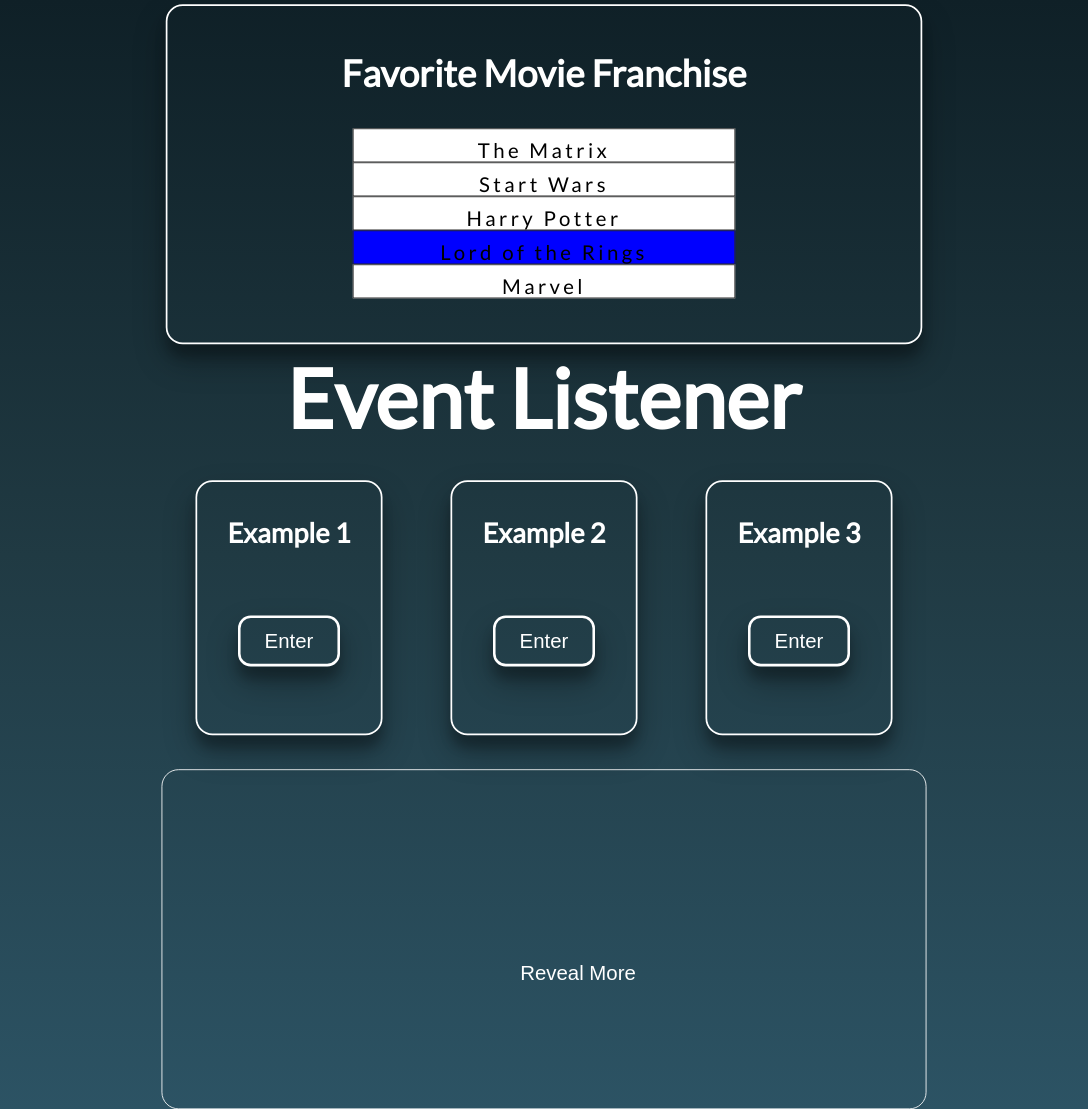
Repository: Ellisvelandia/DOM-Manipulation
Page: index.html
An editor plug-in stored every save of this project. The page is shown before and after the next save, followed by the edit.
The browser window is 1280 px wide. The pictures show the whole page, at 85% of full size.

Above is the page before, as saved 2022-08-22 19:49:55.

### index.html
<!DOCTYPE html>
<html lang="en">
  <head>
    <meta charset="UTF-8" />
    <meta http-equiv="X-UA-Compatible" content="IE=edge" />
    <meta name="viewport" content="width=device-width, initial-scale=1.0" />
    <link rel="stylesheet" href="style.css" />
    <title>Master DOM Manipulation</title>
  </head>
  <body>
    <div>
      <div class="container">
        <h1 id="main-heading">Favorite Movie Franchise</h1>
        <ul>
          <li class="list-items">The Matrix</li>
          <li class="list-items">Start Wars</li>
          <li class="list-items">Harry Potter</li>
          <li class="list-items">Lord of the Rings</li>
          <li class="list-items">Marvel</li>
        </ul>
      </div>
      <h2 id="main-heading_event">Event Listener</h2>
      <div class="container_event_listener">
        <div class="boxes box-1">
          <h1 id="heading">Example 1</h1>
          <button onclick="alert('I love Javascript')">Enter</button>
        </div>
        <div class="boxes box-2">
          <h1 id="heading">Example 2</h1>
          <button class="btn-2">Enter</button>
        </div>
        <div class="boxes box-3">
          <h1 id="heading">Example 3</h1>
          <button class="btn-3">Enter</button>
        </div>
      </div>

      <div class="Event">
        <button class="reveal-btn boxes">Reveal More</button>
        <div class="hidden-content boxes_text">
          The Document Object Model is a cross-platform and language-independent
          interface that treats an XML or HTML document as a tree structure
          wherein each node is an object representing a part of the document. The
          DOM represents a document with a logical tree.
        </div>
      </div>

    </div>
    <script src="app.js"></script>
  </body>
</html>

### style.css
@import url("https://fonts.googleapis.com/css2?family=Lato&display=swap");

* {
  list-style: none;
  padding: 0;
  margin: 0;
  box-sizing: border-box;
  max-width: 100%;
}

body {
  background: linear-gradient(#0f2027, #203a43, #2c5364);
  height: 100%;
  font-family: "Lato", sans-serif;
  display: flex;
  justify-content: center;
  align-items: center;
}

.container {
  display: flex;
  align-items: center;
  flex-direction: column;
  justify-content: center;
  background: transparent;
  padding: 5px;
  border-radius: 20px;
  height: 400px;
  border: 2px solid #fff;
  box-shadow: rgba(0, 0, 0, 0.3) 0px 19px 38px,
    rgba(0, 0, 0, 0.22) 0px 15px 12px;
  margin: 5px;
}

#main-heading {
  font-size: 2.7rem;
  font-weight: 900;
  color: #fff;
  padding-bottom: 40px;
}

.list-items {
  text-align: center;
  color: #000;
  font-size: 1.5rem;
  font-weight: 300;
  background-color: #fff;
  padding-top: 10px;
  width: 450px;
  height: 40px;
  border: rgb(39, 39, 39) solid 1px;
  letter-spacing: 4px;
}

ul {
  list-style: none;
}

.container_event_listener {
  display: flex;
  align-items: center;
  justify-content: center;
}

.boxes {
  max-width: 100%;
  margin: 5px;
  border: 1px solid transparent;
  border-radius: 20px;
  height: 300px;
  margin: 40px;
  width: 220px;
  border: 2px solid #fff;
  box-shadow: rgba(0, 0, 0, 0.3) 0px 19px 38px,
    rgba(0, 0, 0, 0.22) 0px 15px 12px;
}

#heading {
  position: relative;
  top: 20%;
  left: 50%;
  transform: translate(-50%, -50%);
  color: #fff;
  text-align: center;
}

#main-heading_event {
  text-align: center;
  font-weight: bold;
  font-size: 6rem;
  color: #fff;
}

button {
  position: relative;
  top: 50%;
  left: 50%;
  transform: translate(-50%, -50%);
  box-shadow: rgba(0, 0, 0, 0.3) 0px 19px 38px,
    rgba(0, 0, 0, 0.22) 0px 15px 12px;
  width: 120px;
  height: 60px;
  border: 3px solid #fff;
  border-radius: 15px;
  color: #fff;
  font-size: 1.5rem;
  background-color: transparent;
  cursor: pointer;
}
.Event {
  display: grid;
  place-content: center;
  height: 400px;
  border-radius: 20px;
  border: solid 1px #fff;
  text-align: center;
}

.hidden-content {
  display: none;
}

.hidden-content.reveal-btn {
  display: block;
}

.boxes_text {
  margin: 5px;
  border: 1px solid transparent;
  min-width: 100%;
  color: #fff;
  box-shadow: rgba(0, 0, 0, 0.3) 0px 19px 38px,
    rgba(0, 0, 0, 0.22) 0px 15px 12px;
}

.reveal-btn {
  border: none;
  box-shadow: none;
  text-align: center;
}

### app.js
// // // const title = document.querySelector("#main-heading");

// // // title.style.color = "red";

// // // console.log(title);

// // // const listItems = document.querySelectorAll(".list-items");

// // // for (i = 0; i < listItems.length; i++) {
// // //   listItems[i].style.fontSize = "2rem";
// // // }

// // // console.log(listItems);

// // // Creating Element

// // const ul = document.querySelector("ul");
// // const li = document.querySelector("li");

// // // Adding Elements

// // ul.append(li)

// // // Modifying the text

// // // const firstListItem = document.querySelector('.list-items');

// // // console.log (firstListItem.innerText);
// // // console.log (firstListItem.textContent);
// // // console.log (firstListItem.innerHTML);

// // li.innerText = 'x-men';

// // // Modifying Attributes & classes

// // li.classList.remove('list-items')

// // console.log(li.classList.contains('list-items'));

// // // Remove Elements

// // li.remove();

// // traverse the DOM

// // Parent Node Traversal

// let ul = document.querySelector("ul");

// // console.log(ul.parentNode.parentNode);
// // console.log(ul.parentElement.parentElement);

// const html = document.documentElement;

// console.log(html.parentNode);
// console.log(html.parentElement)

// Child Node Traversal

let ul = document.querySelector("ul");

// console.log(ul.childNodes);
// console.log(ul.firstChild);
// console.log(ul.lastChild);

ul.childNodes[7].style.backgroundColor = "blue";

// console.log (ul.children);
// console.log(ul.firstElementChild);
// console.log(ul.lastElementChild);

// Sibling  Traversal

// let ul = document.querySelector("ul");
// const div = document.querySelector("div");

// console.log(div.childNodes)

// console.log(ul.previousElementSibling);
// console.log(ul.nextElementSibling);

// Event Listener

// element.addEventListener("click", function)

const buttonTwo = document.querySelector(".btn-2");

function alertBtn() {
  alert("I also love javascript");
}

buttonTwo.addEventListener("click", alertBtn);

// Mouseover

const newBackgroundColor = document.querySelector(".box-3");

function changeBgColor() {
  newBackgroundColor.style.backgroundColor = "blue";
}

newBackgroundColor.addEventListener("mouseover", changeBgColor);

//Real Event

const revealBtn = document.querySelector(".reveal-btn");

const hiddenContent = document.querySelector(".hidden-content");

function revealContent() {
  if (hiddenContent.classList.contains("reveal-btn")) {
    hiddenContent.classList.remove("reveal-btn");
  } else {
    hiddenContent.classList.add("reveal-btn");
  }
}

revealBtn.addEventListener("click", revealContent);

After the next save:
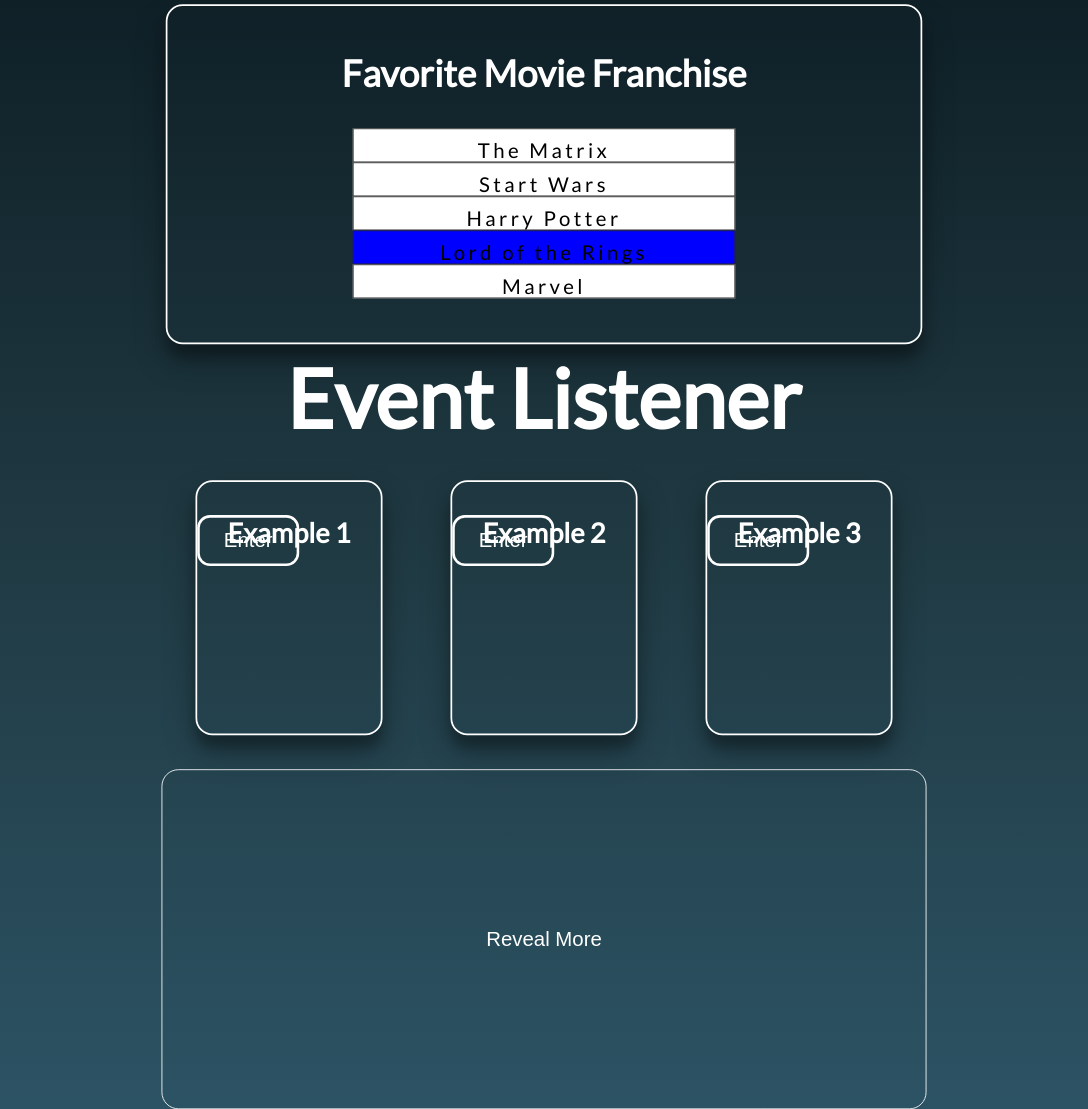
Saved 5 s later.
--- a/style.css
+++ b/style.css
@@ -92,11 +92,8 @@
 }
 
 button {
-  position: relative;
-  top: 50%;
-  left: 50%;
-  transform: translate(-50%, -50%);
-  box-shadow: rgba(0, 0, 0, 0.3) 0px 19px 38px,
+  display: grid;
+  place-content: center;
     rgba(0, 0, 0, 0.22) 0px 15px 12px;
   width: 120px;
   height: 60px;

After the save that followed:
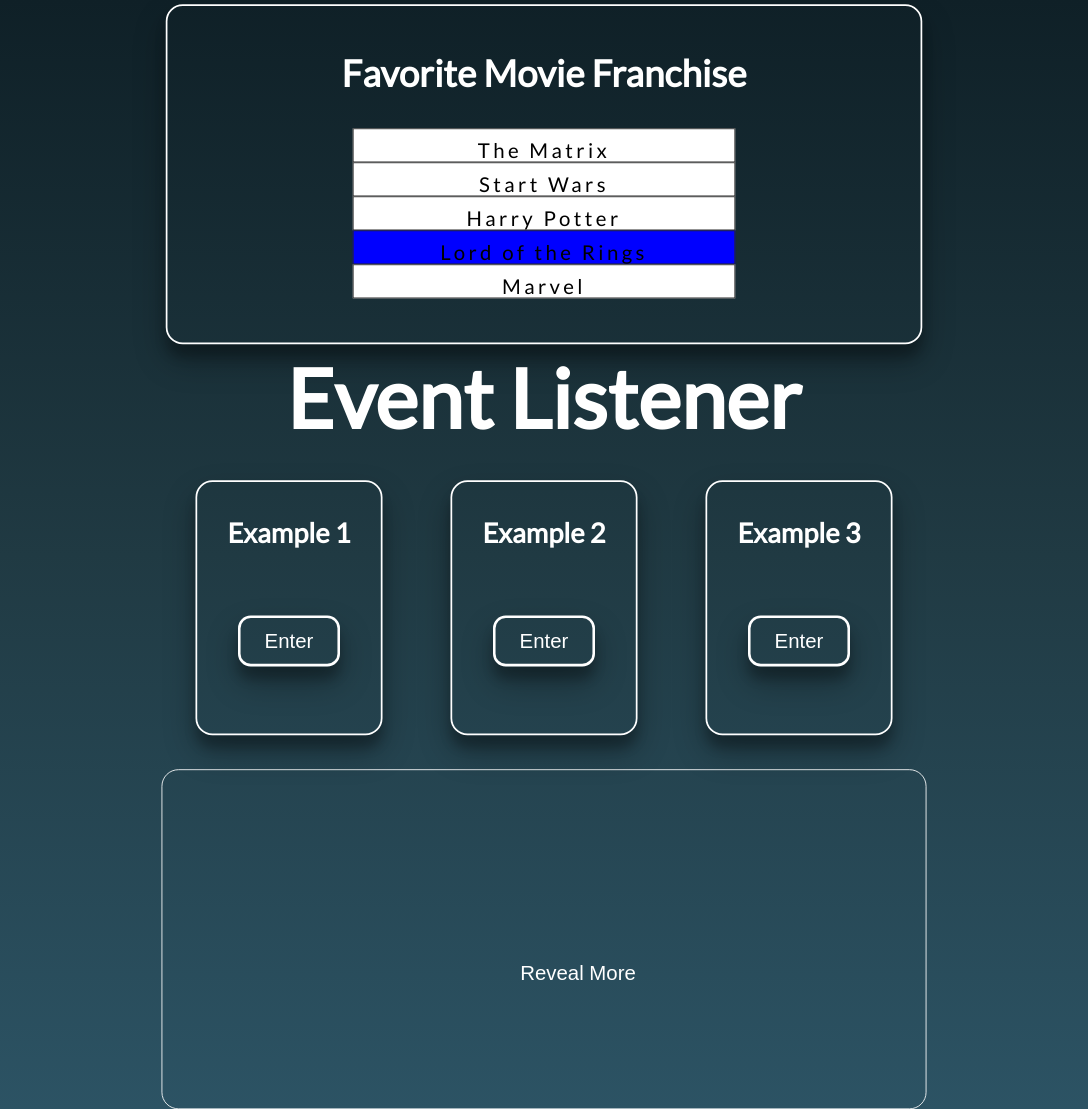
Saved 8 s later.
--- a/style.css
+++ b/style.css
@@ -92,8 +92,11 @@
 }
 
 button {
-  display: grid;
-  place-content: center;
+  position: relative;
+  top: 50%;
+  left: 50%;
+  transform: translate(-50%, -50%);
+  box-shadow: rgba(0, 0, 0, 0.3) 0px 19px 38px,
     rgba(0, 0, 0, 0.22) 0px 15px 12px;
   width: 120px;
   height: 60px;
